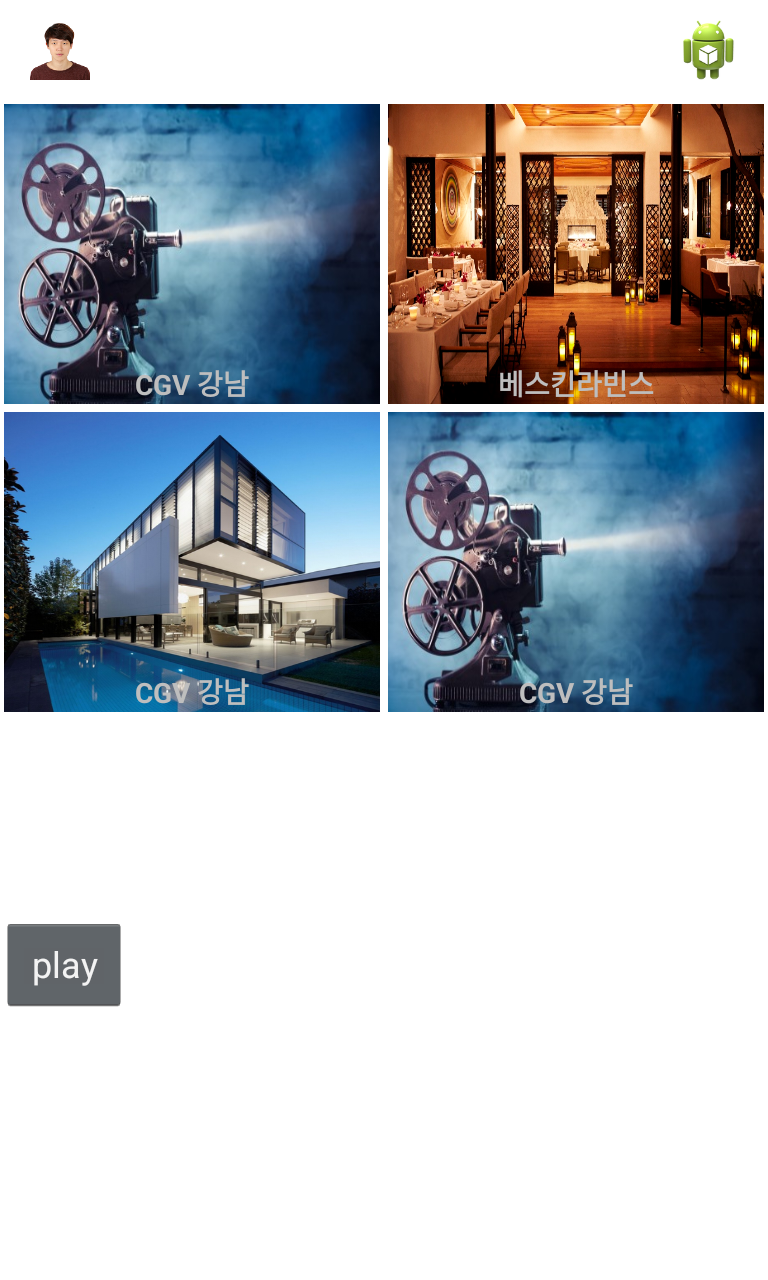
Repository: Minsu-Daniel-Kim/tipinboard1.0
Layout: TipinBoard1.0/res/layout/activity_main.xml
An editor plug-in stored every save of this project. The layout is shown before and after the next save, followed by the edit.
It is drawn on a 768 x 1280 px phone screen (xhdpi) without system bars, with theme android:Theme.Holo; the app's code is not run.

Above is the layout before, as saved 2013-04-15 14:19:21.

After the next save:
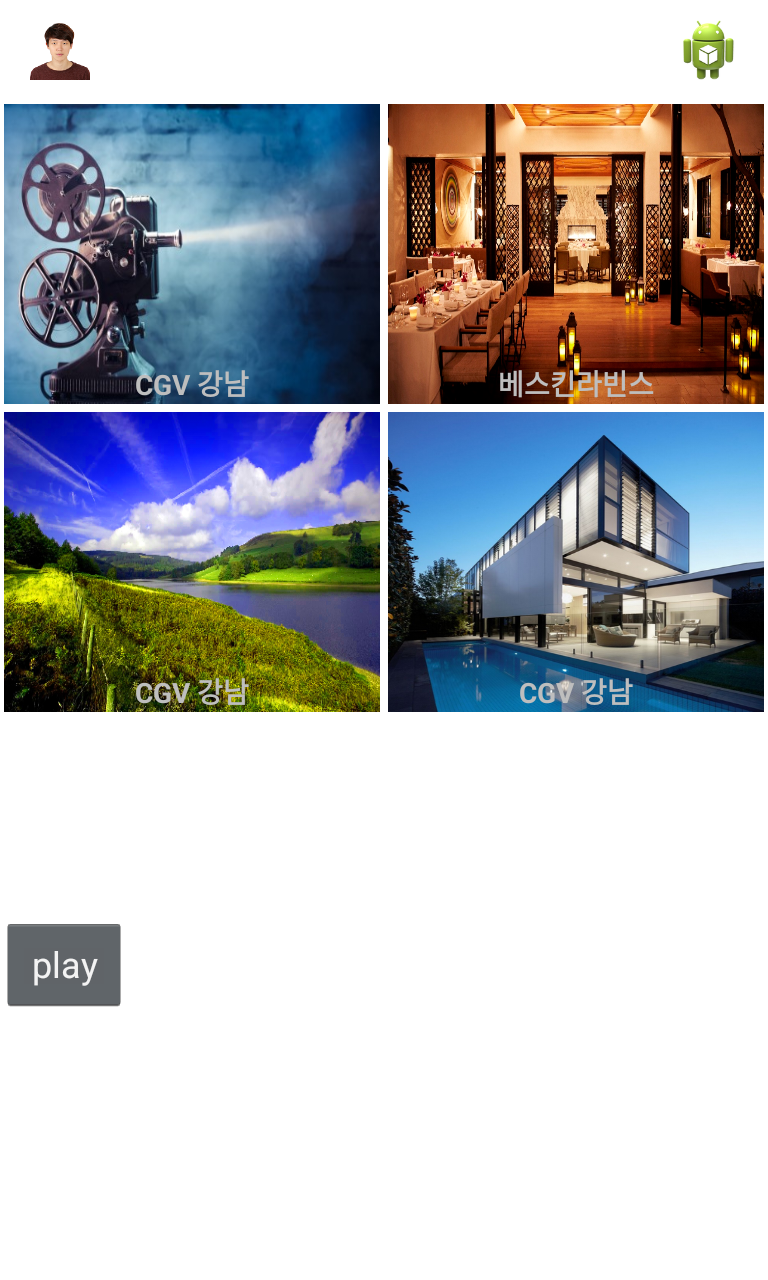
Saved 3 min 12 s later.
--- a/TipinBoard1.0/res/layout/activity_main.xml
+++ b/TipinBoard1.0/res/layout/activity_main.xml
@@ -1,8 +1,8 @@
 <?xml version="1.0" encoding="utf-8"?>
 <LinearLayout xmlns:android="http://schemas.android.com/apk/res/android"
     android:layout_width="fill_parent"
+    android:layout_height="fill_parent"
     android:background="#ffffff"
-    android:layout_height="fill_parent"
     android:orientation="vertical" >
 
     <RelativeLayout
@@ -104,7 +104,7 @@
             android:layout_height="150dp"
             android:layout_margin="2dp"
             android:layout_weight="1"
-            android:background="@drawable/house"
+            android:background="@drawable/trip"
             android:onClick="detail" >
 
             <TextView
@@ -123,7 +123,7 @@
             android:layout_height="150dp"
             android:layout_margin="2dp"
             android:layout_weight="1"
-            android:background="@drawable/movie"
+            android:background="@drawable/house"
             android:onClick="detail" >
 
             <TextView
